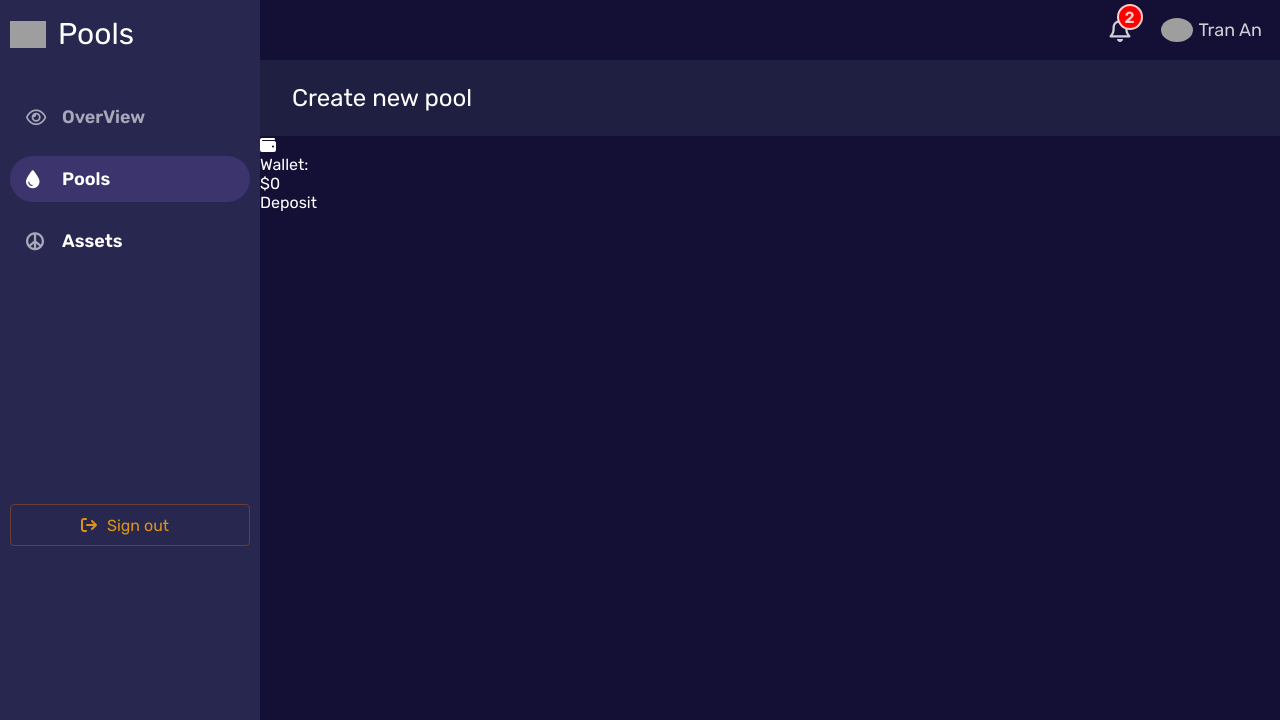
Repository: quynh232000/pools
Page: pool/create-pool.html
The author's editor kept a copy of each file at every save. The page is drawn from the files as they stood at one save, then again after the next save.
The browser window is 1280 px wide. The pictures show the whole page.
Pictures or frames that could not be fetched are drawn as grey boxes.

Above is the page before, as saved 2023-07-13 23:49:47.

### pool/create-pool.html
<!DOCTYPE html>
<html lang="en">
  <head>
    <meta charset="UTF-8" />
    <meta name="viewport" content="width=device-width, initial-scale=1.0" />
    <title>Document</title>

    <link rel="stylesheet" href="../src/css/base.css" />
    <link rel="stylesheet" href="../src/css/style.css" />
    <link rel="stylesheet" href="../src/css/pool.css" />
    <link rel="stylesheet" href="../src/css/create-pool.css" />
    <link
      rel="stylesheet"
      href="https://cdnjs.cloudflare.com/ajax/libs/font-awesome/6.4.0/css/all.min.css"
      integrity="sha512-iecdLmaskl7CVkqkXNQ/ZH/XLlvWZOJyj7Yy7tcenmpD1ypASozpmT/E0iPtmFIB46ZmdtAc9eNBvH0H/ZpiBw=="
      crossorigin="anonymous"
      referrerpolicy="no-referrer"
    />
  </head>
  <body>
    <div class="container">
      <div class="sidebar">
        <div class="sidebar-logo">
          <img src="https://sef-eco.vercel.app/assets/images/logo.png" alt="" />
          <span>Pools</span>
        </div>
        <div class="sidebar-items">
          <div class="sidebar-list">
            <div class="sidebar-item">
              <i class="fa-regular fa-eye"></i>
              <div class="sidebar-item-name">OverView</div>
            </div>
            <div class="sidebar-item sidebar-item-active">
              <i class="fa-solid fa-droplet"></i>
              <a href="/pool.html" class="sidebar-item-name">Pools</a>
            </div>
            <div class="sidebar-item">
              <i class="fa-solid fa-peace"></i>
              <a href="/index.html" class="sidebar-item-name">Assets</a>
            </div>
          </div>

          <div class="sidebar-sign-out">
            <i class="fa-solid fa-arrow-right-from-bracket"></i>
            <div class="sidebar-item-name">Sign out</div>
          </div>
        </div>
      </div>
      <div class="content">
        <div class="header">
          <div class="header-noti">
            <i class="fa-regular fa-bell"></i>
            <div class="header-noti-count">2</div>
          </div>
          <div class="header-user">
            <img
              src="https://static.vecteezy.com/system/resources/previews/002/002/257/original/beautiful-woman-avatar-character-icon-free-vector.jpg"
              alt=""
            />
            <div class="header-user-name">Tran An</div>
          </div>
        </div>
        <!-- body -->
        <div class="content-title">Create new pool</div>
        <div class="create-body">
          <div class="create-wallet">
            <i class="fa-solid fa-wallet"></i>
            <div class="create-wallet-title">Wallet:</div>
            <span>$0</span>
            <div class="create-btn">Deposit</div>
          </div>
        </div>
      </div>
    </div>
  </body>
</html>

### src/css/base.css
@import url('https://fonts.googleapis.com/css2?family=Rubik:wght@300;400;500;600;700&display=swap');
 :root{
    --primary-color:#fff;
    --text-color:#fff;
    --bg-color:#140f34;
    --bg-item-color:#282750;

 }
*{
    box-sizing: inherit;
}
html,body{
    box-sizing: border-box;
    margin: 0;
    padding: 0;
    font-family: 'Rubik', sans-serif;
    color: var(--text-color);
}
a{
    color: white;
    text-decoration: none;
}

### src/css/style.css
.container{
    width: 100%;
    min-height: 100vh;
    background-color: var(--bg-color);
    display: flex;
}
.sidebar{
    width: 20%;
    min-width: 260px;
    max-width: 400px;
    display: flex;
    flex-direction: column;
    min-height: 100vh;
    background-color: var(--bg-item-color);
}
.sidebar-logo{
    display: flex;
    width: 100%;
    align-items: center;
    padding: 16px 10px;
}
.sidebar-logo img{
    width: 15%;
}
.sidebar-logo span{
    font-size: 30px;
    color: var(--primary-color);
    margin-left: 12px;

}
.sidebar-items{
    padding: 26px 10px;
    display: flex;
    flex-direction: column;
    justify-content: space-between;
    min-height: 70vh;
}
.sidebar-list{

}
.sidebar-item{
    font-size: 18px;
    display: flex;
    align-items: center;
    padding: 12px 16px;
    border-radius: 40px;
    color: rgb(255 255 255/.6);
    margin-bottom: 16px;
    font-weight: 600;
    transition: color .3s;
}
.sidebar-item:hover{
    cursor: pointer;
    color: rgb(255 255 255/.8);
}
.sidebar-item-active{
    background-color:#3c356d ;
    color: var(--text-color);
}
.sidebar-item i{
    min-width: 36px;
}
.sidebar-sign-out{
    display: flex;
    align-items: center;
    color: rgb(218, 149, 23);
    text-align: center;
    border: 1px solid rgba(202, 98, 12,.4);
    justify-content: center;
    padding-right: 10px;
    border-radius: 4px;
    transition: color border .3s;
}
.sidebar-sign-out:hover{
    cursor: pointer;
    color: rgb(253, 166, 5);
    border: 1px solid rgba(202, 98, 12,.5);
}
.sidebar-sign-out i{
    margin-right: 10px;
    padding: 12px 0;
}

.content{
    width: 85%;
    min-height: 100vh;
    /* background-color: var(--bg-color); */
}
.header{
    display: flex;
    justify-content: flex-end;
    padding: 18px;
    color: rgb(255 255 255/.8);
    align-items: center;
}
.header-user{
    display: flex;
    align-items: center;
    font-size: 18px;

}
.header-user img {
    width: 32px;
    border-radius: 50%;
    margin-right: 6px;
}
.header-noti{
    display: flex;
    margin-right: 30px;
    font-size: 20px;
    position: relative;
    font-size: 24px;
}
.header-noti-count{
    width: 26px;
    height: 26px;
    position: absolute;
    top: -14px;
    left: 7px;
    border: 2px solid  rgb(255 255 255/.8);
    text-align: center;
    border-radius: 50%;
    font-size: 16px;
    display: flex;
    align-items: center;
    justify-content: center;
    background-color: var(--bg-color);
    background-color: red;
    font-weight: 600;

}
.content-title{
    background-color: #1f1f42;
    padding: 24px 32px;
    font-size: 24px;
}
.content-list{
    display: flex;
    flex-direction: column;
    align-items: center;
    padding: 0 40px;
}
.content-list-body{
    width: 100%;
    margin-top: 20px;

}
.content-nav{
    width: 100%;
    display: flex;
    justify-content: space-between;
    padding: 12px 26px;
    margin: 10px 0;
    transition: background-color .2s ;
}
.content-nav:hover{
    background-color: #2d2d44;
}
.nav-left{
    width: 50%;
    display: flex;
    align-items: center;
    justify-content: space-between;
    font-size: 22px;

}
.nav-left-info{
    display: flex;
    align-items: center;
}
.nav-left-info img{
    width: 32px;
    margin-right: 8px;
}
.nav-left-name{
    font-size: 22px;
}
.nav-left-balance{
    display: flex;
    flex-direction: column;
    align-items: center;
    flex: 1;
}
.nav-left-balance span:nth-child(2){
    font-size: 20px;
    color: #a8a8a8;
}


.nav-right{
    width: 40%;
    display: flex;
    justify-content: space-between;
    align-items: center;
    color: #b3b1fd;
}
.nav-right span{
    transition: color .3s;
}
.nav-right span i{
    font-size: 16px !important;
    margin-left: 4px;
}
.nav-right span:hover{
    color:#f8c2b0;
    cursor: pointer;
}
.nav-text{
    color: #b3b1fd;
    font-size: 20px;
}
.nav-right .nav-tex:hover{
    color: #b3b1fd !important;
    cursor: no-drop;
}

### src/css/pool.css
.p-content-body{
    width: 100%;
    display: flex;
    flex-wrap: wrap;
    padding: 20px 10px;
}
.content-item-wrapper{
    width: 33.333%;
    padding: 10px ;
}
.p-content-item{
    border-radius: 6px;
    background-color: var(--bg-item-color);
    padding: 14px;
    transition: background-color .3s ease;
}
.p-content-item:hover{
    background-color: #2e2e60;
}
.p-content-item-top{
    display: flex;
    align-items:flex-start;

}
.p-content-item-img{
    margin-right: 6px;
}
.p-content-item-top-info{
    display: flex;
    flex-direction: column;
}
.p-content-item-top-info span{
    padding-top: 4px;
}
.p-content-item-top-info p{
    margin: 4px 0 10px 0;
    color: #a7a3a3;
}
.p-content-item-bottom{
    display: flex;
}
.p-item-type{
    margin-right: 10px;
    padding: 0 8px;
    text-align: center;
}
.p-item-type:first-child{
    border-right: 1px solid gray;
    padding-right: 16px;
}
.p-item-type span{
    font-size: 14px;
    color: #a7a3a3;
    /* font-weight: 600; */
}
.p-item-type p{
    margin: 0;
}
.add-pool{
    display: flex;
    flex-direction: column;
    align-items: center;
    font-size: 20px;
    min-height: 122px;
    justify-content: center;
}
.add-pool i{
    font-size: 26px;
    margin-bottom: 6px;
}

Loaded but not shown: src/css/create-pool.css (no stored copy; drawn as an empty file)

After the next save:
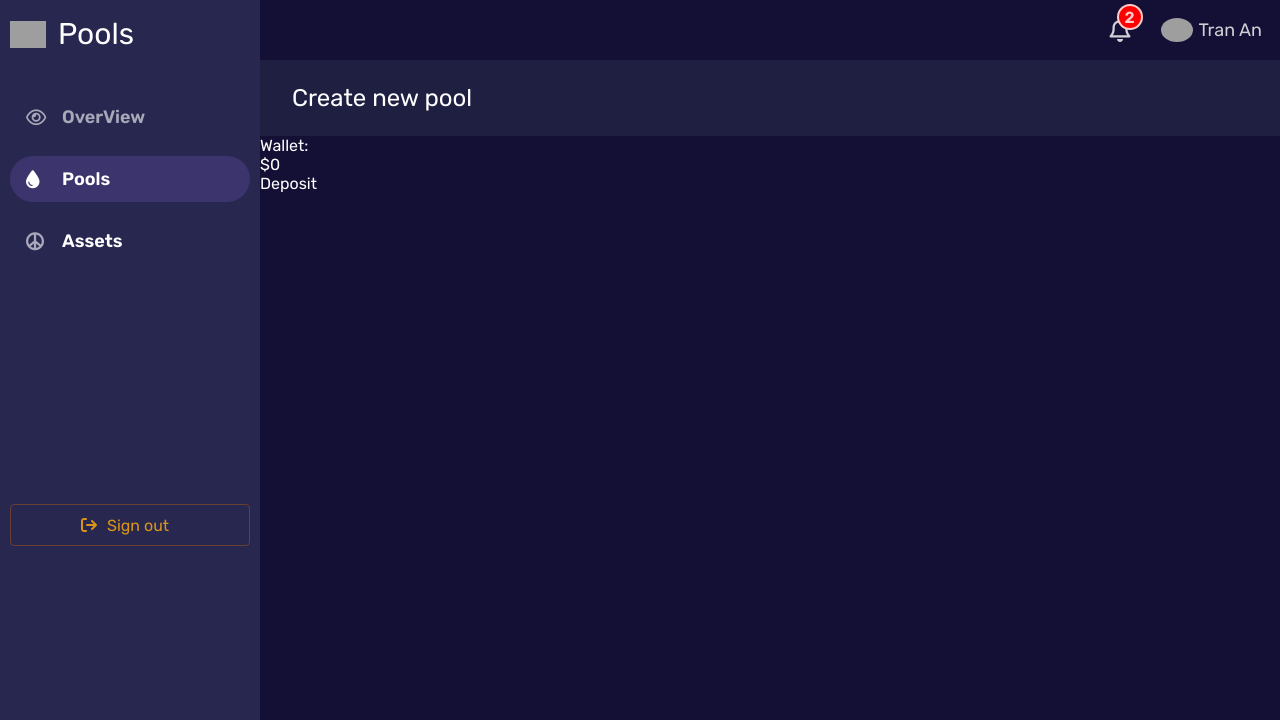
Saved 20 min 34 s later.
--- a/pool/create-pool.html
+++ b/pool/create-pool.html
@@ -64,11 +64,12 @@
         <div class="content-title">Create new pool</div>
         <div class="create-body">
           <div class="create-wallet">
-            <i class="fa-solid fa-wallet"></i>
+            <!-- <i class="fa-solid fa-wallet"></i> -->
             <div class="create-wallet-title">Wallet:</div>
             <span>$0</span>
             <div class="create-btn">Deposit</div>
           </div>
+          <div class="create-select-money"></div>
         </div>
       </div>
     </div>
